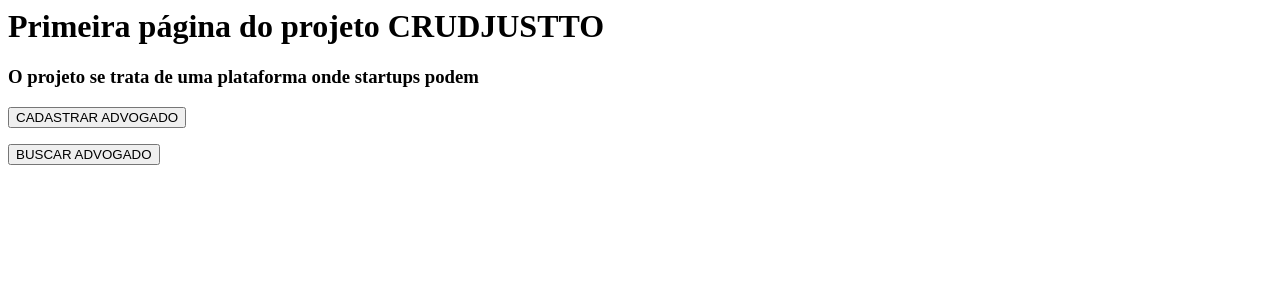
Repository: Natan16/CRUDJUSTTO
Page: CRUDJUSTTOWEB/WebContent/index.html
An editor plug-in stored every save of this project. The page is shown before and after the next save, followed by the edit.
The browser window is 1280 px wide. The pictures show the whole page.

Above is the page before, as saved 2019-08-31 23:02:57.

### CRUDJUSTTOWEB/WebContent/index.html
<html>
	<head>
		<title>Projeto CRUDJUSTTO</title>
	</head>
	<body>
		<h1>Primeira página do projeto CRUDJUSTTO</h1>
		<h3>
			<p>
				O projeto se trata de uma plataforma onde startups podem <br>
			</p>

		</h3>
		<form action="adiciona-advogado.jsp" method="post">
			<input type="submit" value="CADASTRAR ADVOGADO" >
		</form>

		<form action="consulta-advogado.jsp" method="post">
			<input type="submit" value="BUSCAR ADVOGADO" >
		</form>


	</body>
</html>

After the next save:
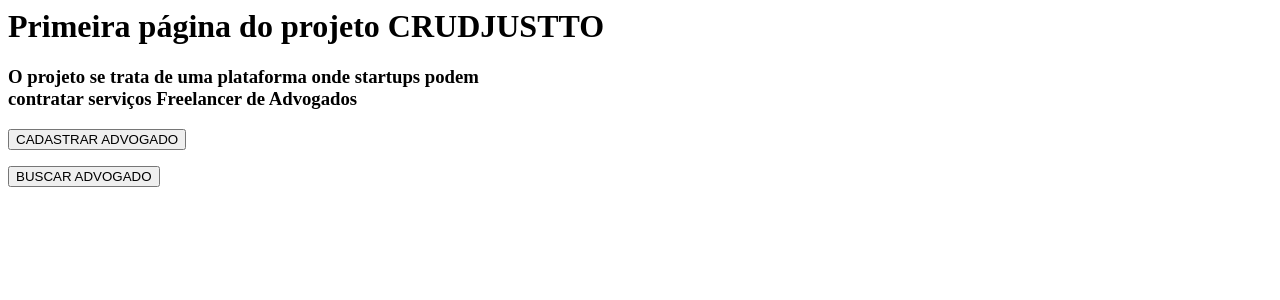
Saved 43 s later.
--- a/CRUDJUSTTOWEB/WebContent/index.html
+++ b/CRUDJUSTTOWEB/WebContent/index.html
@@ -7,6 +7,7 @@
 		<h3>
 			<p>
 				O projeto se trata de uma plataforma onde startups podem <br>
+				contratar serviços Freelancer de Advogados
 			</p>
 
 		</h3>
